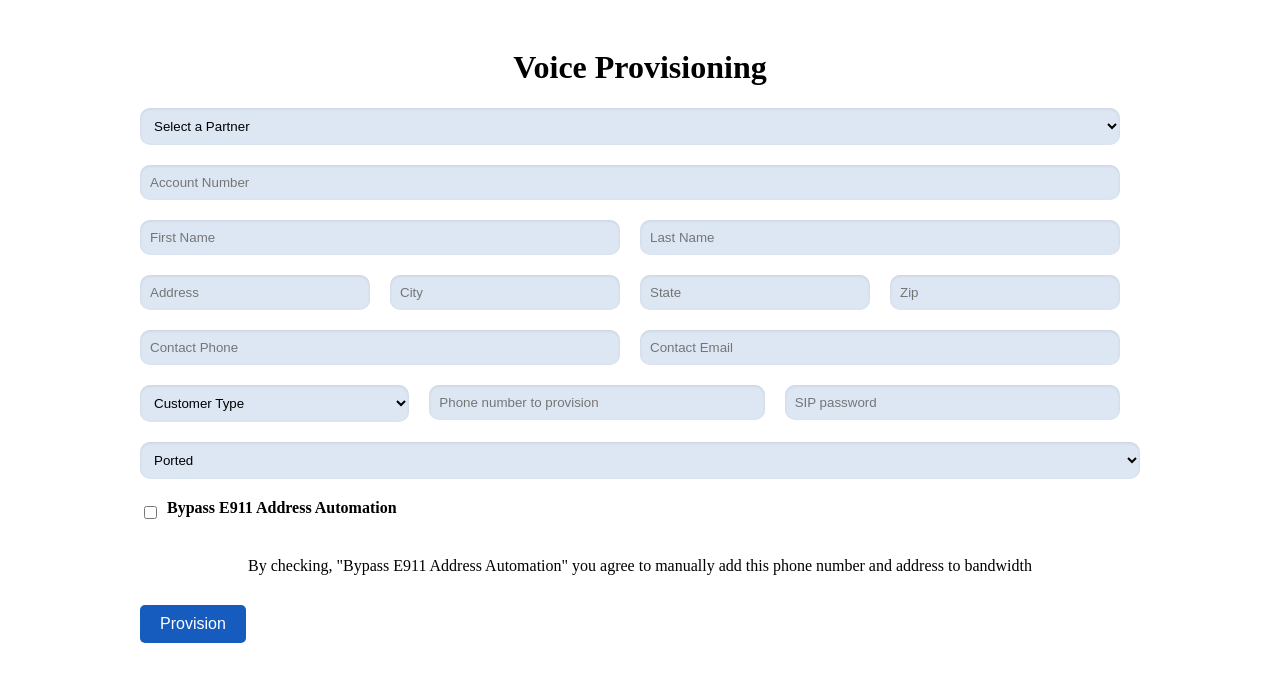
Repository: smallchungus/logiccom
Page: /
An editor plug-in stored every save of this project. The page is shown before and after the next save, followed by the edit.
The browser window is 1280 px wide. The pictures show the whole page.
The project was rebuilt for these pictures with package versions that can differ from the ones it lists, and the page was loaded fresh each time. Also part of the build but not shown: vite.config.ts.

Above is the page before, as saved 2023-05-04 12:30:33.

### src/App.vue
<style src="./styles.css"></style>


<template>


<form>
  <header>
    <h1>Voice Provisioning</h1>
  </header>
      <div class="form-group">
        <!-- <label for="partner">Select a partner:</label> -->
        <select id="partner" name="partner" placeholder="Select a Partner">
          <option value="Sprout">Select a Partner</option>
          <option value="option2">Option 2</option>
        </select>
      </div>

      <div class="form-group">
        <input type="text" id="accountNum" name="accountNum" placeholder="Account Number">
      </div>

    <div class="form-row">
      <div class="form-group">
        <input type="text" id="firstName" name="firstName" placeholder="First Name" class="inline">
      </div>

      <div class="form-group">
        <input type="text" id="lastName" name="lastName" placeholder="Last Name" class="inline">
      </div>
    </div>

    <div class="form-row">
      <div class="form-group">
        <input type="text" id="address" name="address" placeholder="Address">
      </div>

      <div class="form-group">
        <input type="text" id="city" name="city" placeholder="City">
      </div>

      <div class="form-group">
        <input type="text" id="state" name="state" placeholder="State">
      </div>

      <div class="form-group">
        <input type="text" id="zip" name="zip" placeholder="Zip">
      </div>
    </div>

    <div class="form-row">
      <div class="form-group">
        <input type="text" id="contactPhone" name="contactPhone" placeholder="Contact Phone">
      </div>

      <div class="form-group">
        <input type="text" id="contactEmail" name="contactEmail" placeholder="Contact Email">
      </div>
    </div>

    <div class="form-row">
      <div class="form-group">
        <!-- <label for="customerType">Customer Type:</label> -->
        <select id="customerType" name="customerType">
          <option value="Sprout">Customer Type</option>
          <option value="option2">Option 2</option>
        </select>
      </div>

      <div class="form-group">
        <input type="text" id="phoneToProv" name="phoneToProv" placeholder="Phone number to provision">
      </div>

      <div class="form-group">
        <input type="password" id="sipPassword" name="sipPassword" placeholder="SIP password">
      </div>
    </div>

    <!-- <label for="ported">Ported</label> -->
     <select id="ported" name="ported">
      <option value="">Ported</option>
      <option value="option2">Option 2</option>
    </select>


<div class="checkbox-wrapper">
  <input type="checkbox">
  <label for="e911">Bypass E911 Address Automation</label>
</div>

<div class="warning-box">
  By checking, "Bypass E911 Address Automation" you agree to manually add this phone number and address to bandwidth
</div>
    <button type="submit" class="button-primary">Provision</button>
  </form>
</template>

### src/styles.css
header {
    text-align: center;
    margin: 0 auto;
  }

  body {
    text-align: center;
  }

  form {
    /* background-color: #f7f7f7; */
    border-radius: 5px;
    padding: 20px;
    margin: 0 auto;
    max-width: 1000px;
  }

  .form-row {
    display: flex;
    flex-wrap: wrap;
  }

  .form-row .form-group {
    /* width: calc(50% - 10px); */
    margin-right: 20px;
  }


  label {
    display: block;
    font-weight: bold;
    margin-bottom: 10px;
  }

  input[type="text"],
  input[type="password"],
  select {
    box-sizing: border-box; /* add this line */
    background-color: #dde7f4;
    width: 100%;
    padding: 10px;
    border: none;
    border-radius: 10px;
    margin-bottom: 20px;
    box-shadow: inset 0px 1px 3px rgba(0, 0, 0, 0.1);
  }

  input[type="text"].inline {
    display: inline-block;
    /* width: calc(50% - 10px); */
    margin-right: 20px;
  }

  .form-group {
    flex-grow: 1;
    margin-right: 20px;
  }

  .checkbox-wrapper {
    display: flex;
    align-items: center;
    margin-bottom: 20px;
  }

  .checkbox-wrapper input[type="checkbox"] {
    margin-right: 10px;
  }

  .warning-box {
    text-color
    color: white;
    padding: 10px;
    margin-bottom: 20px;
    text-align: center;
  }

  button[type="submit"] {
    background-color: #165cbe;
    color: #fff;
    border: none;
    border-radius: 5px;
    padding: 10px 20px;
    font-size: 16px;
    cursor: pointer;
    display: flex;
    justify-content: flex-end;

  }

  @media (min-width: 1024px) {
    header {
      display: flex;
      justify-content: center;
      align-items: center;
    }
  }

Loaded but not shown: index.html (common file); src/main.ts (common file)

After the next save:
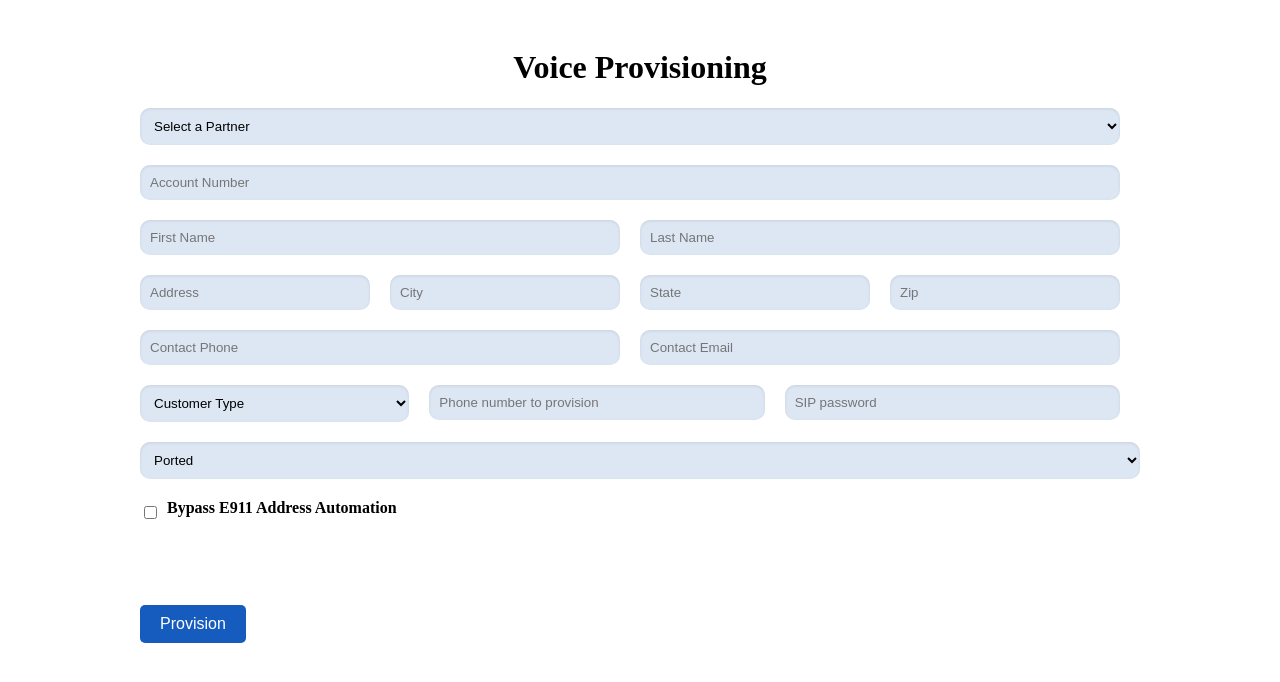
Saved 5 s later.
--- a/src/styles.css
+++ b/src/styles.css
@@ -67,7 +67,7 @@ header {
   }
 
   .warning-box {
-    text-color
+
     color: white;
     padding: 10px;
     margin-bottom: 20px;
